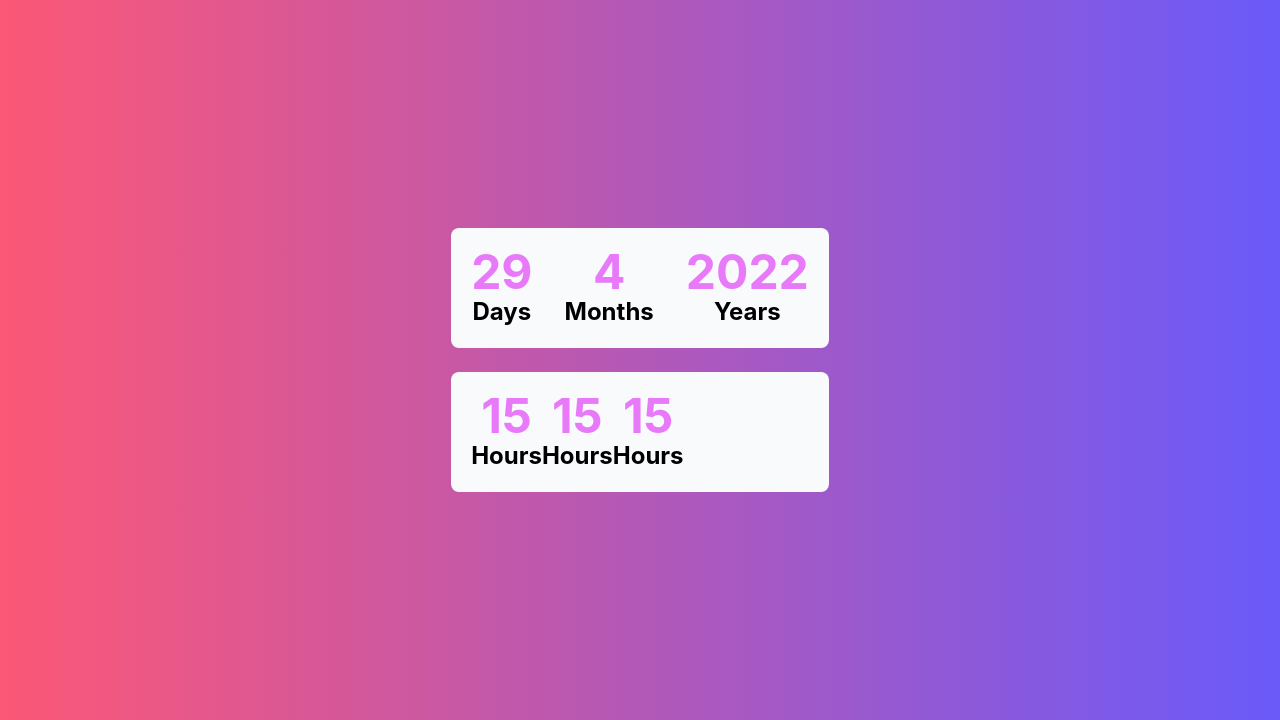
Repository: huynhsang96/bt_codegymHook
Page: /
An editor plug-in stored every save of this project. The page is shown before and after the next save, followed by the edit.
The browser window is 1280 px wide. The pictures show the whole page.
The project was rebuilt for these pictures with package versions that can differ from the ones it lists, and the page was loaded fresh each time.

Above is the page before, as saved 2022-04-29 16:43:58.

### src/index.js
import React from "react";
import ReactDOM from "react-dom/client";
import "./index.css";
import App from "./App";
import reportWebVitals from "./reportWebVitals";

const root = ReactDOM.createRoot(document.getElementById("root"));
root.render(
	<React.StrictMode>
		<App />
	</React.StrictMode>
);

reportWebVitals();

### src/index.css
body {
	margin: 0;
	font-family: -apple-system, BlinkMacSystemFont, "Segoe UI", "Roboto", "Oxygen",
		"Ubuntu", "Cantarell", "Fira Sans", "Droid Sans", "Helvetica Neue",
		sans-serif;
	-webkit-font-smoothing: antialiased;
	-moz-osx-font-smoothing: grayscale;
}

code {
	font-family: source-code-pro, Menlo, Monaco, Consolas, "Courier New",
		monospace;
}
@tailwind base;
@tailwind components;
@tailwind utilities;

### src/App.js
import "./App.css";
import Clock from "./component/ClockHook/Clock";

function App() {
	return (
		<div>
			<Clock></Clock>
		</div>
	);
}

export default App;

### src/App.css
*,
*::before,
*::after {
	box-sizing: border-box;
}
* {
	margin: 0;
}

html,
body {
	height: 100%;
}
body {
	line-height: 1.5;
	-webkit-font-smoothing: antialiased;
	-webkit-tap-highlight-color: rgba(0, 0, 0, 0);

	background-image: linear-gradient(to right, #fc5776, #6a5af9);
	display: flex;
	justify-content: center;
	align-items: center;
	height: 100vh;
}

img,
picture,
video,
canvas,
svg {
	display: block;
	max-width: 100%;
}
input,
button,
textarea,
select {
	font: inherit;
	outline: none;
	border: none;
}
p,
h1,
h2,
h3,
h4,
h5,
h6 {
	overflow-wrap: break-word;
}

### src/component/ClockHook/Clock.js
import React, { useEffect, useState } from "react";

const Clock = () => {
	const [now, setNow] = useState(new Date());
	useEffect(() => {
		const timer = setInterval(() => {
			setNow(new Date());
		}, 1000);
		return () => clearInterval(timer);
	}, [now]);
	const years = now.getFullYear();
	const months = now.getMonth() + 1;
	const days = now.getDate();
	const hours = now.getHours();
	const minutes = now.getMinutes();
	const seconds = now.getSeconds();

	// console.log(seconds < 10 ? "0" + seconds : seconds);

	return (
		<div className="p-5 w-full h-full mx-auto">
			<ul className="flex flex-row gap-8 bg-slate-50 p-5 rounded-lg">
				<li className="flex flex-col justify-center text-center">
					<span className="font-bold text-5xl text-fuchsia-400">{days}</span>
					<span className="font-bold text-2xl">Days</span>
				</li>
				<li className="flex flex-col justify-center text-center">
					<span className="font-bold text-5xl text-fuchsia-400">{months}</span>
					<span className="font-bold text-2xl">Months</span>
				</li>
				<li className="flex flex-col justify-center text-center">
					<span className="font-bold text-5xl text-fuchsia-400">{years}</span>
					<span className="font-bold text-2xl">Years</span>
				</li>
			</ul>
			<br></br>
			<ul className="flex flex-row bg-slate-50 p-5 rounded-lg">
				<li className="flex flex-col justify-center text-center">
					<span className="font-bold text-5xl text-fuchsia-400">{hours}</span>
					<span className="font-bold text-2xl">Hours</span>
				</li>
				<li className="flex flex-col justify-center text-center">
					<span className="font-bold text-5xl text-fuchsia-400">{hours}</span>
					<span className="font-bold text-2xl">Hours</span>
				</li>
				<li className="flex flex-col justify-center text-center">
					<span className="font-bold text-5xl text-fuchsia-400">{hours}</span>
					<span className="font-bold text-2xl">Hours</span>
				</li>
			</ul>
		</div>
	);
};

export default Clock;

Loaded but not shown: public/index.html (common file); src/reportWebVitals.js (common file); tailwind.config.js (common file)

After the next save:
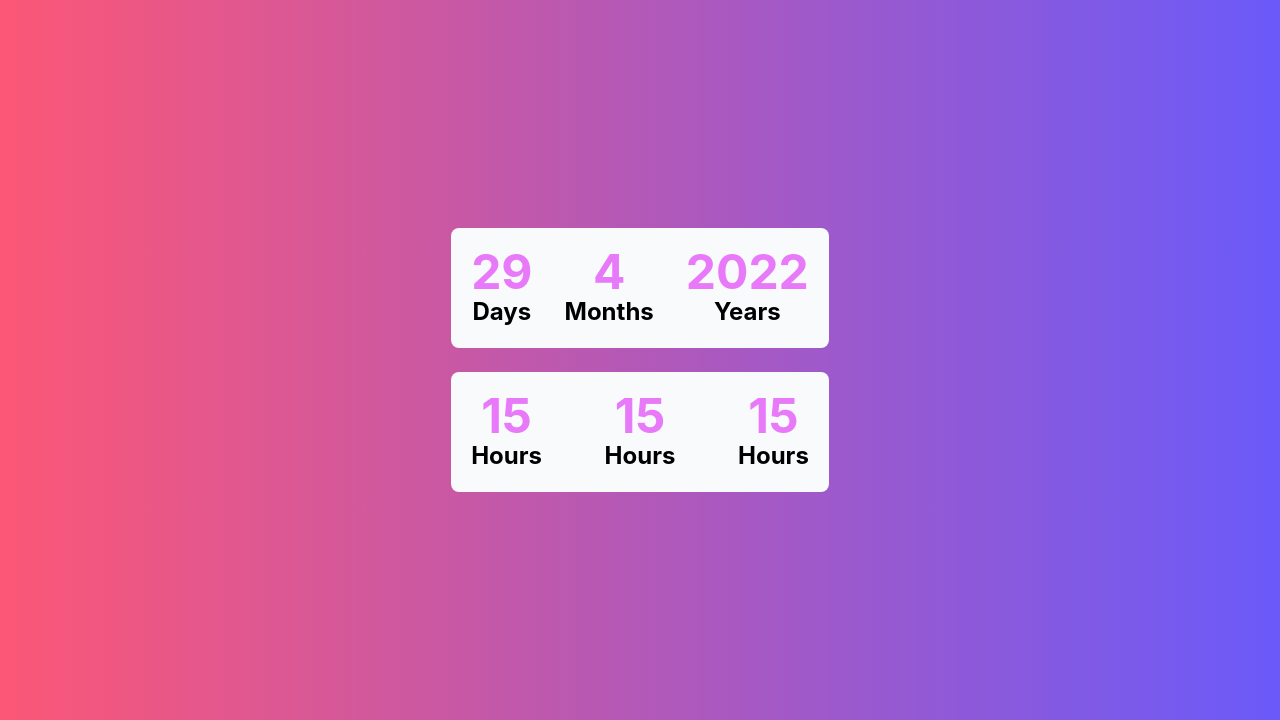
Saved 17 s later.
--- a/src/component/ClockHook/Clock.js
+++ b/src/component/ClockHook/Clock.js
@@ -34,7 +34,7 @@ const Clock = () => {
 				</li>
 			</ul>
 			<br></br>
-			<ul className="flex flex-row bg-slate-50 p-5 rounded-lg">
+			<ul className="flex flex-row justify-between bg-slate-50 p-5 rounded-lg">
 				<li className="flex flex-col justify-center text-center">
 					<span className="font-bold text-5xl text-fuchsia-400">{hours}</span>
 					<span className="font-bold text-2xl">Hours</span>
